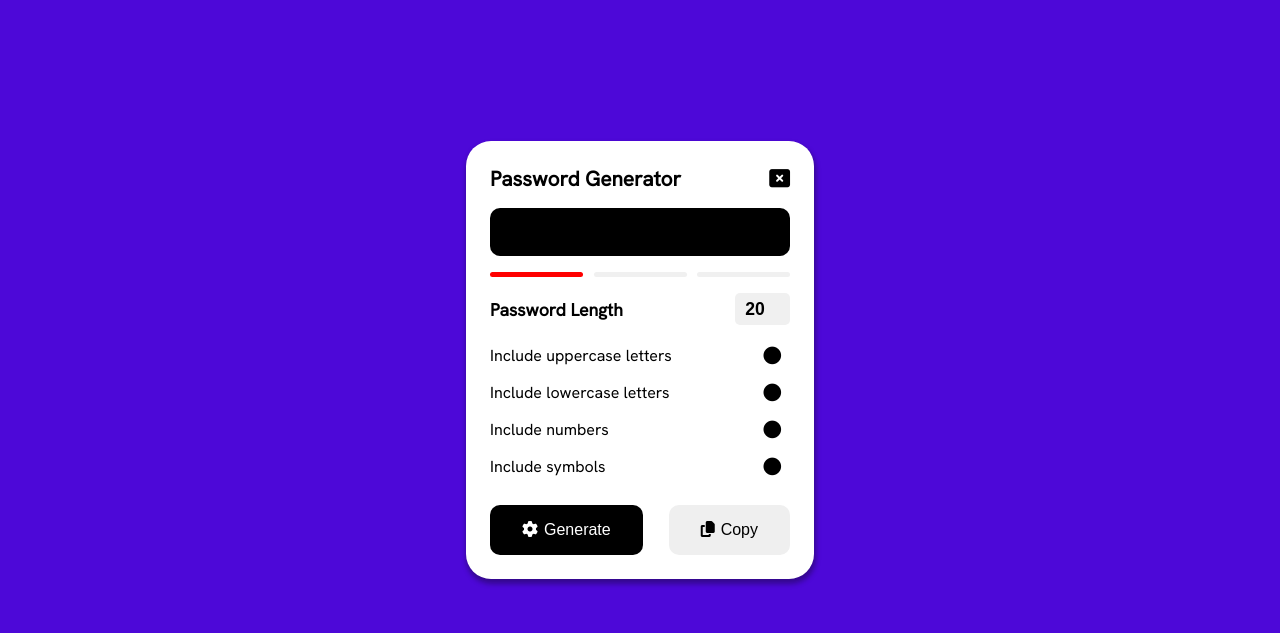
Repository: emiliaiwu/password_generator
Page: index.html
These files come from the project's save history. The page is drawn as it stood at one moment and after the next save; the edit follows.
The browser window is 1280 px wide. The pictures show the whole page.
Some web libraries are served in a nearby version.

Above is the page before, as saved 2022-12-17 21:15:25.

After the next save:
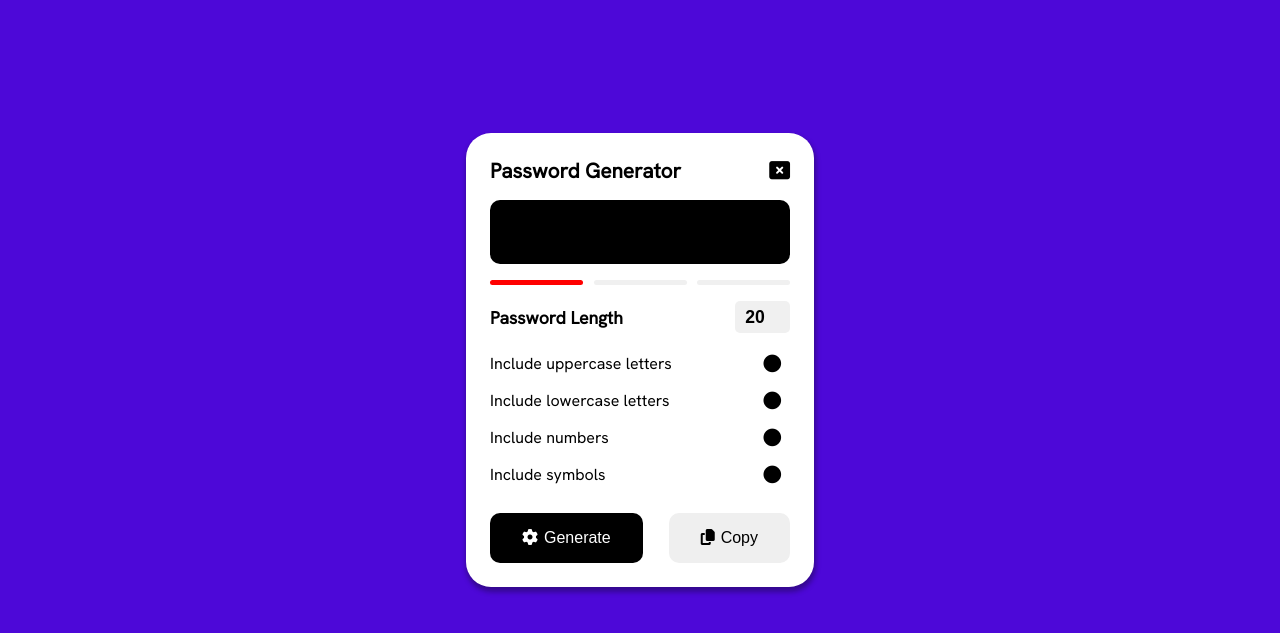
Saved 7 s later.
--- a/style.css
+++ b/style.css
@@ -76,7 +76,7 @@ label,
 /* DISPLAY PASSWORD */
 
 .display_password {
-    padding: 1.5rem;
+    padding: 2rem;
     width: 300px;
     border-radius: 10px;
     background: var(--BG-COLOR2);
